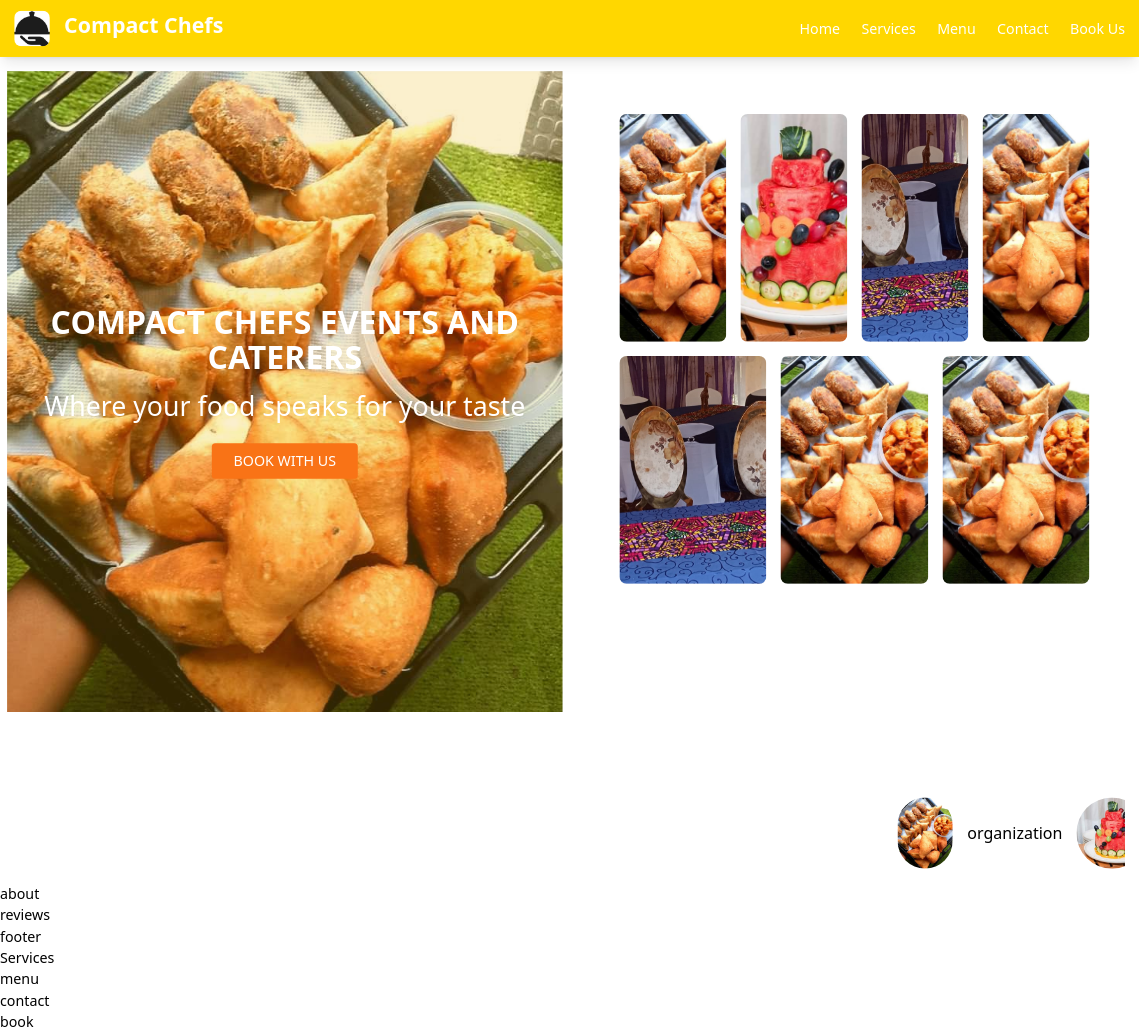
Repository: makanda596/compactchef
Page: /menu
These files come from the project's save history. The page is drawn as it stood at one moment and after the next save; the edit follows.
The browser window is 1280 px wide. The pictures show the whole page, at 89% of full size.
The project was rebuilt for these pictures with package versions that can differ from the ones it lists, and the page was loaded fresh each time.

Above is the page before, as saved 2025-01-07 16:46:39.

After the next save:
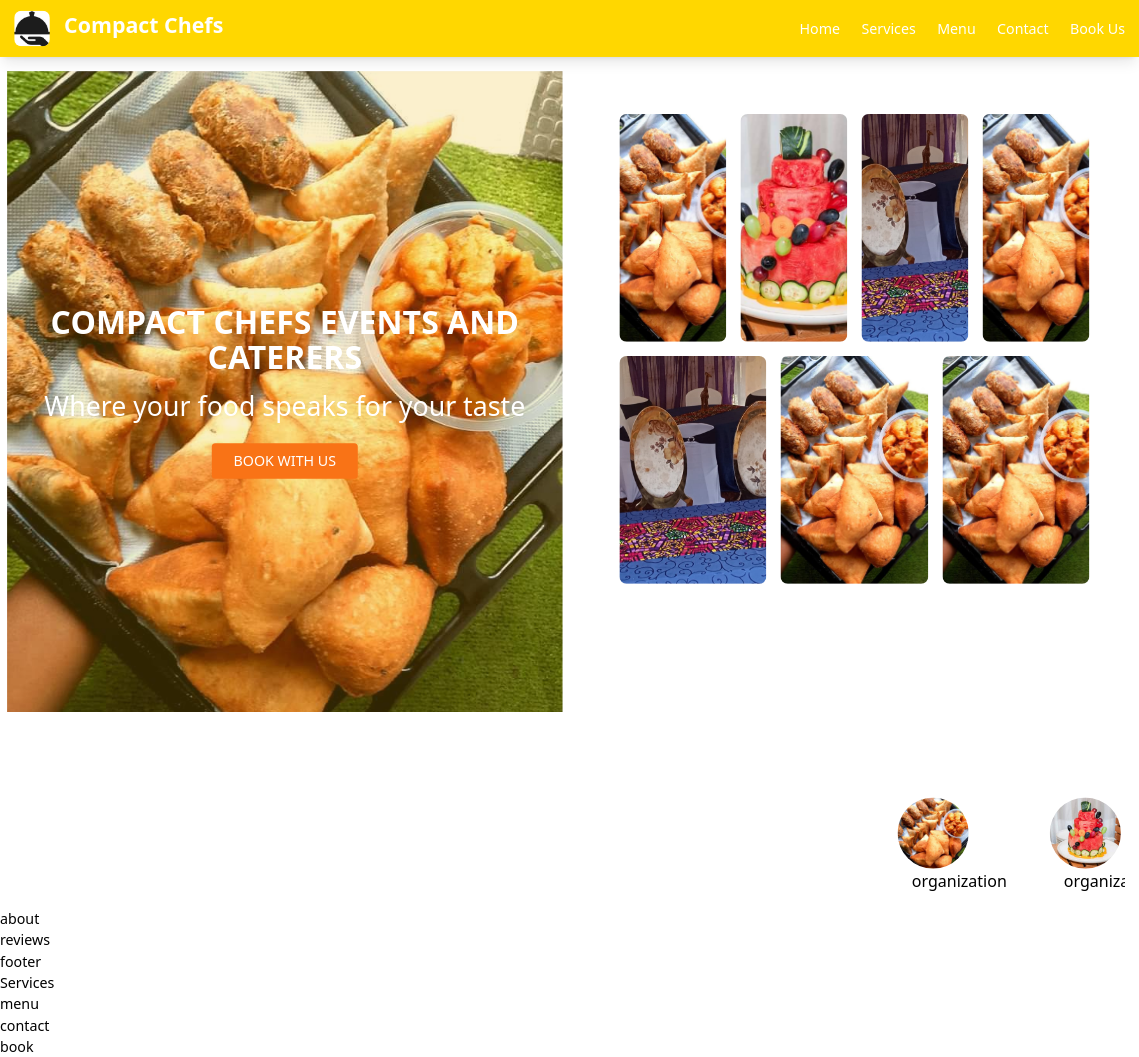
Saved 3 min 51 s later.
--- a/src/components/Client.jsx
+++ b/src/components/Client.jsx
@@ -53,7 +53,7 @@
             <div className="overflow-hidden">
                 <div className="flex animate-slide">
                     {clients.map((client, index) => (
-                        <div key={index} className="flex flex-row items-center mx-6">
+                        <div key={index} className=" flex-row items-center mx-6">
                             <img
                                 src={client.img}
                                 alt={client.name}
